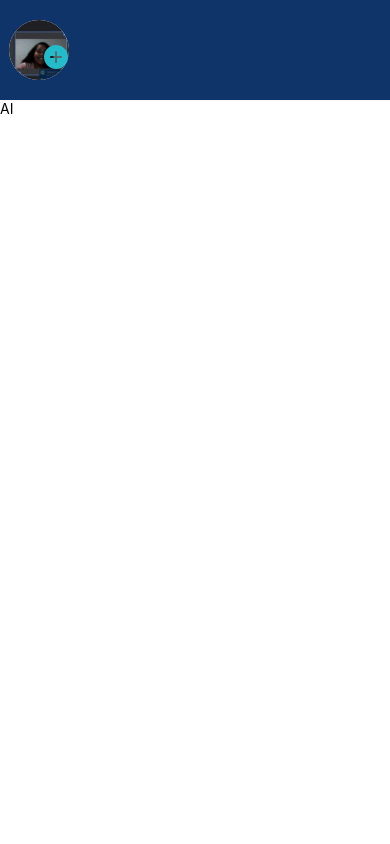
Repository: andre06x/native-estacio
Screen: /
The author's editor kept a copy of each file at every save. The screen is drawn from the files as they stood at one save, then again after the next save.
The app was drawn by React Native's web renderer in a window 390 px wide. The project was rebuilt for these pictures with package versions that can differ from the ones it lists, and the page was loaded fresh each time. Also part of the build but not shown: src/Pages/Login/index.tsx.

Above is the screen before, as saved 2022-03-24 13:44:13.

After the next save:
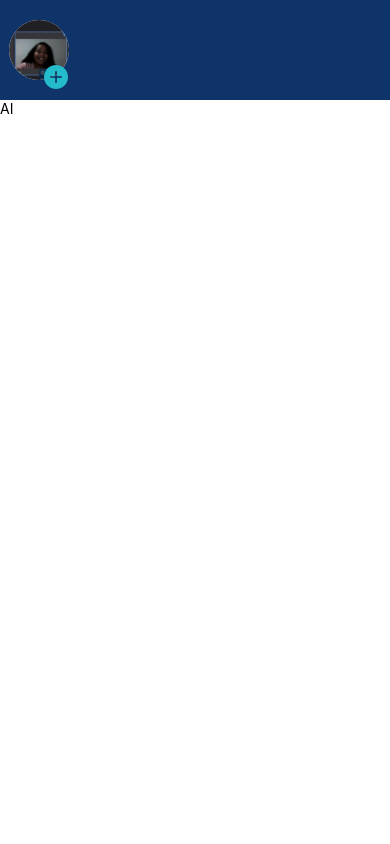
Saved 5 s later.
--- a/src/Pages/Home/index.tsx
+++ b/src/Pages/Home/index.tsx
@@ -65,7 +65,7 @@
   profile_container_icon: {
     position: "absolute",
     right: 1,
-    bottom: 10,
+    bottom: -10,
   }
 });
 
